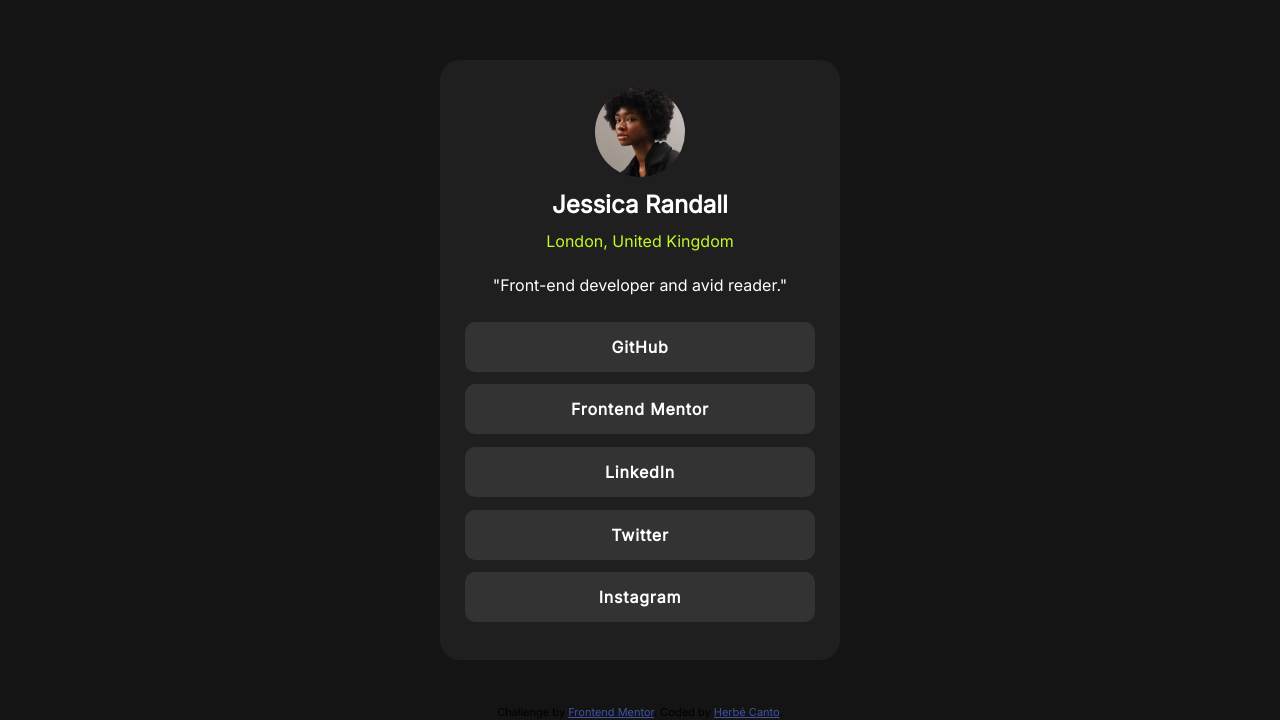
Repository: herbecanto/Social-Links-Profile
Page: index.html
An editor plug-in stored every save of this project. The page is shown before and after the next save, followed by the edit.
The browser window is 1280 px wide. The pictures show the whole page.

Above is the page before, as saved 2025-01-22 22:10:22.

### index.html
<!DOCTYPE html>
<html lang="en">
  <head>
    <meta charset="UTF-8" />
    <meta name="viewport" content="width=device-width, initial-scale=1.0" />
    <link
      rel="icon"
      type="image/png"
      sizes="32x32"
      href="./assets/images/favicon-32x32.png"
    />

    <title>Frontend Mentor | Social links profile</title>

    <link rel="stylesheet" href="assets/styles/style.css" />

    <link rel="preconnect" href="https://fonts.googleapis.com" />
    <link rel="preconnect" href="https://fonts.gstatic.com" crossorigin />
    <link
      href="https://fonts.googleapis.com/css2?family=Inter:ital,opsz,wght@400;600;700&display=swap"
      rel="stylesheet"
    />
    <style>
      .attribution {
        font-size: 11px;
        text-align: center;
      }
      .attribution a {
        color: hsl(228, 45%, 44%);
      }
    </style>
  </head>
  <body>
    <main>
      <section class="card-container">
        <div class="card-profile">
          <img src="/assets/images/avatar-jessica.jpeg" alt="Avatar pic" />

          <div class="card-profile-information">
            <h1>Jessica Randall</h1>
            <p>London, United Kingdom</p>
            <p>"Front-end developer and avid reader."</p>
          </div>
        </div>

        <div class="card-links">
          <ul>
            <li><a href="">GitHub</a></li>
            <li><a href="">Frontend Mentor</a></li>
            <li><a href="">LinkedIn</a></li>
            <li><a href="">Twitter</a></li>
            <li><a href="">Instagram</a></li>
          </ul>
        </div>
      </section>
    </main>

    <footer>
      <div class="attribution">
        Challenge by
        <a href="https://www.frontendmentor.io?ref=challenge" target="_blank"
          >Frontend Mentor</a
        >. Coded by <a href="#">Herbé Canto</a>.
      </div>
    </footer>
  </body>
</html>

### assets/styles/style.css
/* Box sizing rules */
*,
*::before,
*::after {
  box-sizing: border-box;
  margin: 0;
}

/* Prevent font size inflation */
html {
  -moz-text-size-adjust: none;
  -webkit-text-size-adjust: none;
  text-size-adjust: none;
}

/* Remove default margin in favour of better control in authored CSS */
body,
h1,
h2,
h3,
h4,
p,
figure,
blockquote,
dl,
dd {
  margin-block-end: 0;
}

/* Remove list styles on ul, ol elements with a list role, which suggests default styling will be removed */
ul[role="list"],
ol[role="list"] {
  list-style: none;
}

/* Set core body defaults */
body {
  min-height: 100vh;
  line-height: 1.5;
}

/* Set shorter line heights on headings and interactive elements */
h1,
h2,
h3,
h4,
button,
input,
label {
  line-height: 1.1;
}

/* Balance text wrapping on headings */
h1,
h2,
h3,
h4 {
  text-wrap: balance;
}

/* A elements that don't have a class get default styles */
a:not([class]) {
  text-decoration-skip-ink: auto;
  color: currentColor;
}

/* Make images easier to work with */
img,
picture {
  max-width: 100%;
  display: block;
}

/* Inherit fonts for inputs and buttons */
input,
button,
textarea,
select {
  font-family: inherit;
  font-size: inherit;
}

/* Make sure textarea without a rows attribute are not tiny */
textarea:not([rows]) {
  min-height: 10em;
}

/* Anything that has been anchored to should have extra scroll margin */
:target {
  scroll-margin-block: 5ex;
}

/* ^^^^CSS RESET^^^^ */
:root {
  --green: hsl(75, 94%, 57%);
  --white: hsl(0, 0%, 100%);
  --grey700: hsl(0, 0%, 20%);
  --grey800: hsl(0, 0%, 12%);
  --grey900: hsl(0, 0%, 8%);
}

html {
  font-family: "Inter", sans-serif;
}

body {
  background-color: var(--grey900);
}

main {
  width: 100%;
  height: 100vh;
  display: flex;
  justify-content: center;
  align-items: center;
}

.card-container {
  width: 90%;
  max-width: 400px;
  min-width: 280px;
  height: 600px;

  background-color: var(--grey800);
  border-radius: 20px;

  display: grid;
  grid-template-rows: 40% 60%;

  padding: 20px;
}

.card-profile {
  display: flex;
  flex-direction: column;
  align-items: center;
  justify-content: space-around;
}

.card-profile img {
  width: 90px;
  border-radius: 50%;
}

.card-profile-information {
  display: flex;
  flex-direction: column;
  align-items: center;
  text-align: center;
}
.card-profile-information h1 {
  color: var(--white);
  font-style: normal;
  font-weight: 700;

}
.card-profile-information p:nth-child(2) {
  color: var(--green);
  margin-top: 10px;
  font-weight: 400;
}
.card-profile-information p:last-child {
  color: var(--white);
  margin-top: 20px;
}

.card-links {
  display: flex;
}

.card-links ul {
  display: flex;
  flex-direction: column;
  align-items: center;
  justify-content: space-evenly;
  padding: 5px;
  width: 100%;
}
.card-links ul li {
  list-style: none;
  width: 100%;
  height: 50px;
  border-radius: 10px;
}

.card-links ul li a {
  width: 100%;
  height: 100%;
  text-decoration: none;
  color: var(--white);
  font-weight: 700;
  display: flex;
  justify-content: center;
  align-items: center;
  background-color: var(--grey700);
  border-radius: 10px;
  letter-spacing: 0.05rem;
}
.card-links ul li a:hover{
  background-color: var(--green);
  color: var(--grey800);
}

footer .attribution {
  position: absolute;
  bottom: 0;
  width: 100%;
  justify-content: center;
}

After the next save:
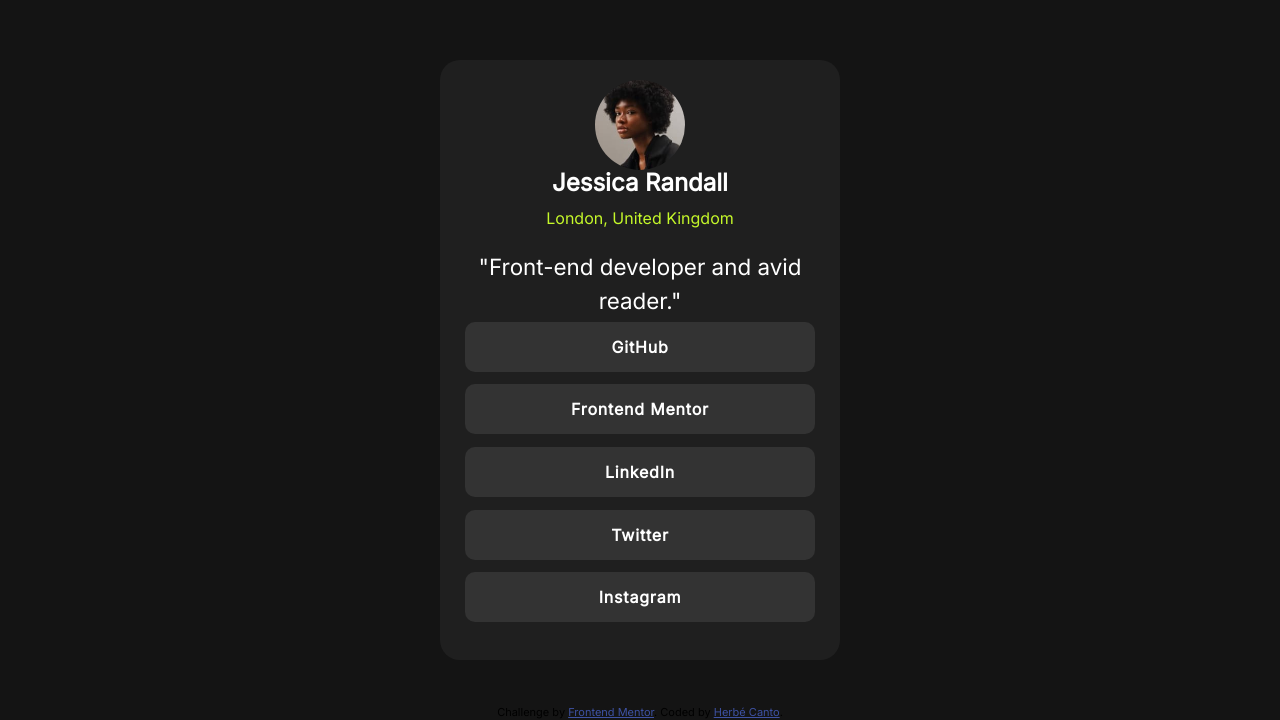
Saved 17 s later.
--- a/assets/styles/style.css
+++ b/assets/styles/style.css
@@ -162,6 +162,7 @@
 .card-profile-information p:last-child {
   color: var(--white);
   margin-top: 20px;
+  font-size: 1.4rem;
 }
 
 .card-links {

After the save that followed:
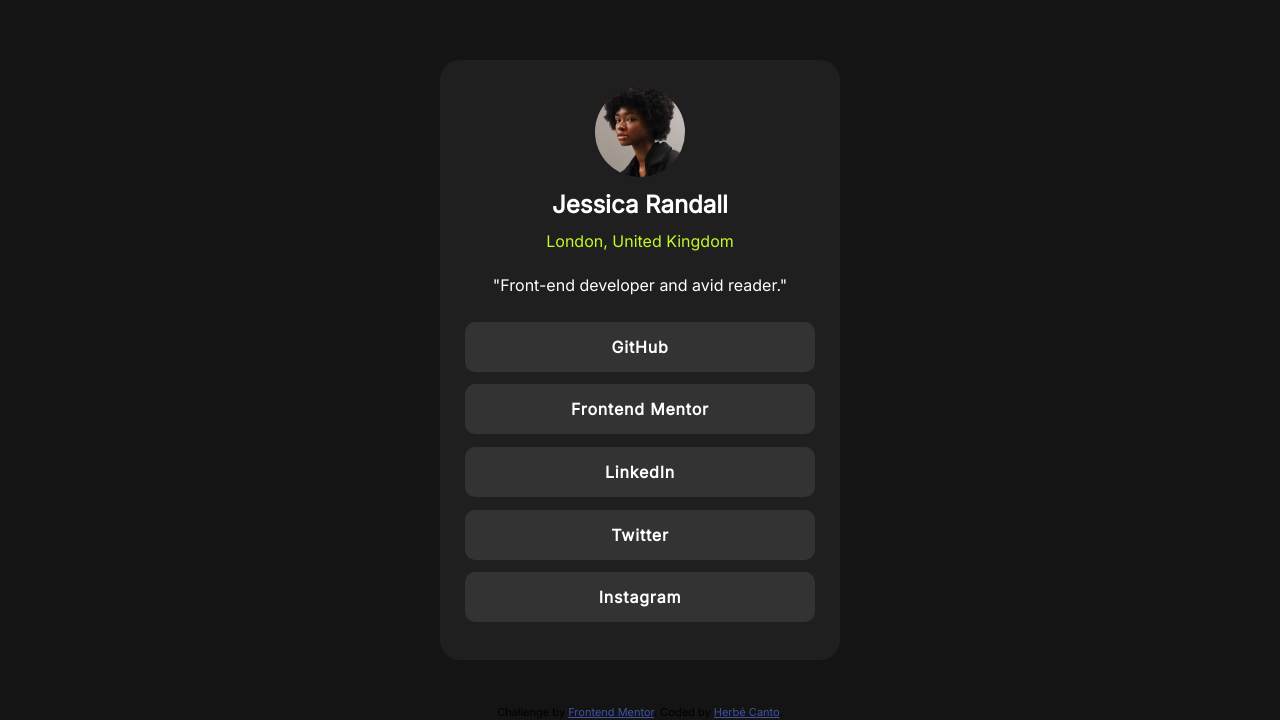
Saved 8 s later.
--- a/assets/styles/style.css
+++ b/assets/styles/style.css
@@ -162,7 +162,7 @@
 .card-profile-information p:last-child {
   color: var(--white);
   margin-top: 20px;
-  font-size: 1.4rem;
+  font-size: 1 rem;
 }
 
 .card-links {
